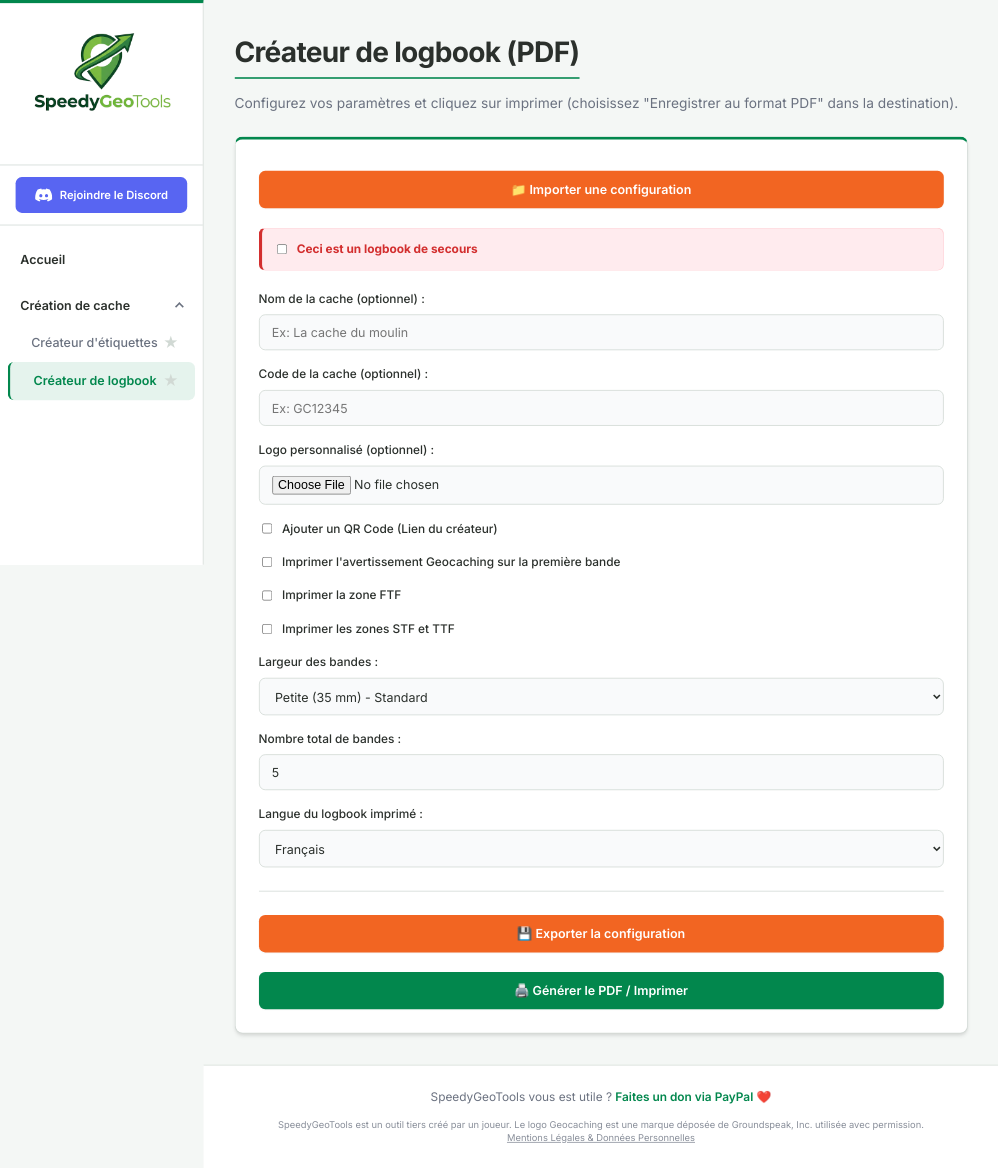
Repository: rodafux/SpeedyGeoTools
Page: logbook.html
These files come from the project's save history. The page is drawn as it stood at one moment and after the next save; the edit follows.
The browser window is 1280 px wide. The pictures show the whole page, at 78% of full size.

Above is the page before, as saved 2026-04-11 00:04:00.

### logbook.html
<!DOCTYPE html>
<html lang="fr">
<head>
    <meta charset="UTF-8">
    <meta name="viewport" content="width=device-width, initial-scale=1.0">
    <title>SpeedyGeoTools - Créateur de logbook</title>
    <link rel="preconnect" href="https://fonts.googleapis.com">
    <link rel="preconnect" href="https://fonts.gstatic.com" crossorigin>
    <link href="https://fonts.googleapis.com/css2?family=Inter:wght@400;500;600;700&display=swap" rel="stylesheet">
    <link rel="stylesheet" href="css/style.css">
    <link rel="stylesheet" href="css/print.css">
    <script src="https://cdnjs.cloudflare.com/ajax/libs/qrious/4.0.2/qrious.min.js"></script>
</head>
<body>
    <div class="app-sidebar no-print">
        <a href="index.html" class="sidebar-brand">
            <img src="logo.png" alt="SpeedyGeoTools" class="brand-logo">
        </a>
        <div id="google_translate_element" class="translation-widget"></div>
        <div class="sidebar-discord">
            <a href="https://discord.gg/7D9yHJCKaA" target="_blank">
                <svg viewBox="0 0 127.14 96.36" width="22" height="22" fill="currentColor">
                    <path d="M107.7,8.07A105.15,105.15,0,0,0,81.47,0a72.06,72.06,0,0,0-3.36,6.83A97.68,97.68,0,0,0,49,6.83,72.37,72.37,0,0,0,45.64,0,105.89,105.89,0,0,0,19.39,8.09C2.79,32.65-1.71,56.6.54,80.21h0A105.73,105.73,0,0,0,32.71,96.36,77.7,77.7,0,0,0,39.6,85.25a68.42,68.42,0,0,1-10.85-5.18c.91-.66,1.8-1.34,2.66-2a75.57,75.57,0,0,0,64.32,0c.87.71,1.76,1.39,2.66,2a68.68,68.68,0,0,1-10.87,5.19,77,77,0,0,0,6.89,11.1A105.25,105.25,0,0,0,126.6,80.22h0C129.24,52.84,122.09,29.11,107.7,8.07ZM42.45,65.69C36.18,65.69,31,60,31,53s5-12.74,11.43-12.74S54,46,53.89,53,48.84,65.69,42.45,65.69Zm42.24,0C78.41,65.69,73.31,60,73.31,53s5-12.74,11.43-12.74S96.33,46,96.22,53,91.08,65.69,84.69,65.69Z"/>
                </svg>
                <span>Rejoindre le Discord</span>
            </a>
        </div>
        <div class="sidebar-nav">
            <a href="index.html">Accueil</a>
            <details open>
                <summary>Création de cache</summary>
                <a href="etiquettes.html">Créateur d'étiquettes</a>
                <a href="logbook.html" class="active">Créateur de logbook</a>
            </details>
        </div>
    </div>
    <div class="app-content">
        <div class="container no-print">
            <h1>Créateur de logbook (PDF)</h1>
            <p class="subtitle">Configurez vos paramètres et cliquez sur imprimer (choisissez "Enregistrer au format PDF" dans la destination).</p>
            <div class="main-layout" style="display:block;">
                <div class="controls-panel">
                    <div style="margin-bottom: 25px;">
                        <input type="file" id="importLogbook" accept=".json" onchange="importLogbookConfig(event)" style="display: none;">
                        <button onclick="document.getElementById('importLogbook').click()" class="btn-secondary">📁 Importer une configuration</button>
                    </div>
                    <div class="form-group checkbox-group emergency-toggle">
                        <input type="checkbox" id="isEmergency">
                        <label for="isEmergency" style="color: #d32f2f; font-weight: bold;">Ceci est un logbook de secours</label>
                    </div>
                    <div class="form-group" id="emergencyPseudoGroup" style="display: none;">
                        <label for="emergencyPseudo">Votre pseudo (Déposé par) :</label>
                        <input type="text" id="emergencyPseudo" placeholder="Ex: GeoTrouveTout">
                    </div>
                    <div id="standardOptions">
                        <div class="form-group">
                            <label for="cacheName">Nom de la cache (optionnel) :</label>
                            <input type="text" id="cacheName" placeholder="Ex: La cache du moulin">
                        </div>
                        <div class="form-group">
                            <label for="cacheCode">Code de la cache (optionnel) :</label>
                            <input type="text" id="cacheCode" placeholder="Ex: GC12345">
                        </div>
                        <div class="form-group">
                            <label for="logoInput">Logo personnalisé (optionnel) :</label>
                            <input type="file" id="logoInput" accept="image/png, image/jpeg">
                        </div>
                        <div class="form-group checkbox-group">
                            <input type="checkbox" id="hasQrCode">
                            <label for="hasQrCode">Ajouter un QR Code (Lien du créateur)</label>
                        </div>
                        <div class="form-group" id="qrUrlGroup" style="display: none;">
                            <label for="qrUrl">Lien du QR Code :</label>
                            <input type="text" id="qrUrl" placeholder="https://...">
                        </div>
                    </div>
                    <div class="form-group checkbox-group">
                        <input type="checkbox" id="hasWarning">
                        <label for="hasWarning">Imprimer l'avertissement Geocaching sur la première bande</label>
                    </div>
                    <div id="podiumOptions">
                        <div class="form-group checkbox-group">
                            <input type="checkbox" id="hasFtf">
                            <label for="hasFtf">Imprimer la zone FTF</label>
                        </div>
                        <div class="form-group checkbox-group sub-checkbox" id="ftfTamponGroup" style="display: none;">
                            <input type="checkbox" id="hasFtfTampon" checked>
                            <label for="hasFtfTampon">Agrandir la zone FTF (Espace Tampon)</label>
                        </div>
                        <div class="form-group checkbox-group">
                            <input type="checkbox" id="hasStfTtf">
                            <label for="hasStfTtf">Imprimer les zones STF et TTF</label>
                        </div>
                        <div class="form-group checkbox-group sub-checkbox" id="stfTtfTamponGroup" style="display: none;">
                            <input type="checkbox" id="hasStfTtfTampon" checked>
                            <label for="hasStfTtfTampon">Agrandir les zones STF/TTF (Espace Tampon)</label>
                        </div>
                    </div>
                    <div class="form-group">
                        <label for="stripWidth">Largeur des bandes :</label>
                        <select id="stripWidth">
                            <option value="25">Micro (25 mm) - Sans tampons ni textes</option>
                            <option value="35" selected>Petite (35 mm) - Standard</option>
                            <option value="45">Normale (45 mm) - Large</option>
                        </select>
                    </div>
                    <div class="form-group">
                        <label for="stripCount">Nombre total de bandes :</label>
                        <input type="number" id="stripCount" value="5" min="1" max="100">
                    </div>
                    <div class="form-group">
                        <label for="pdfLanguage">Langue du logbook imprimé :</label>
                        <select id="pdfLanguage">
                            <option value="fr" selected>Français</option>
                            <option value="en">English (Anglais)</option>
                            <option value="de">Deutsch (Allemand)</option>
                            <option value="es">Español (Espagnol)</option>
                            <option value="it">Italiano (Italien)</option>
                            <option value="pt">Português (Portugais)</option>
                            <option value="nl">Nederlands (Néerlandais)</option>
                            <option value="cs">Čeština (Tchèque)</option>
                        </select>
                    </div>
                    <div style="margin-top: 30px; border-top: 1px solid var(--border-color); padding-top: 20px;">
                        <button onclick="exportLogbookConfig()" class="btn-secondary" style="margin-bottom: 15px;">💾 Exporter la configuration</button>
                        <button onclick="generateAndPrint()">🖨️ Générer le PDF / Imprimer</button>
                    </div>
                </div>
            </div>
        </div>
        <footer class="site-footer no-print">
            <p>SpeedyGeoTools vous est utile ? <a href="https://paypal.me/JulienPorcher" target="_blank" rel="noopener noreferrer">Faites un don via PayPal</a> ❤️</p>
            <p class="disclaimer">
                SpeedyGeoTools est un outil tiers créé par un joueur. Le logo Geocaching est une marque déposée de Groundspeak, Inc. utilisée avec permission.<br>
                <a href="mentions-legales.html">Mentions Légales & Données Personnelles</a>
            </p>
        </footer>
    </div>
    <div id="render-area"></div>
    <script type="text/javascript" src="//translate.google.com/translate_a/element.js?cb=googleTranslateElementInit"></script>
    <script src="js/i18n.js"></script>
    <script src="js/logbook.js"></script>
    <script src="js/main.js"></script>
</body>
</html>

### css/print.css
@media print {
    @page { size: A4 portrait; margin: 0; }
    body { background: white; padding: 0; margin: 0; color: black; font-family: sans-serif; display: block; }
    body > * { display: none !important; }
    body > #render-area { display: block !important; width: 100%; }
    .a4-page { width: 210mm; height: 297mm; padding: 10mm 15mm; box-sizing: border-box; display: flex; justify-content: center; break-after: page; }
    .a4-page:last-child { page-break-after: auto; break-after: auto; }
    .log-strip { height: 100%; border: 1px solid #000; border-left: none; box-sizing: border-box; display: flex; flex-direction: column; overflow: hidden; }
    .log-strip:first-child { border-left: 1px solid #000; }
    .staple-area { min-height: 10mm; border-bottom: 1px dashed #999; }
    .official-logo-box { text-align: center; padding: 5mm 0; border-bottom: 1px solid #000; }
    .official-logo-box img { width: 20mm; height: auto; }
    .official-logo-box div { font-size: 7px; font-weight: bold; margin-top: 2px; }
    .strip-logo { width: 100%; max-height: 25mm; object-fit: contain; margin: 4mm 0; padding: 0 2mm; box-sizing: border-box; display: block; }
    .logo-container { border-bottom: 1px solid #000; }
    .created-on { text-align: center; font-size: 9px; font-weight: bold; background-color: #000 !important; color: #FFF !important; padding: 4px 1mm; border-bottom: 1px solid #000; text-transform: uppercase; letter-spacing: 0.3px; -webkit-print-color-adjust: exact; print-color-adjust: exact; }
    .cache-info { text-align: center; padding: 4px 3mm 4px 5mm; border-bottom: 1px solid #000; font-size: 10px; }
    .cache-info strong { font-size: 11px; display: block; }
    .emergency-box { padding: 6px 3mm 6px 5mm; border-bottom: 1px solid #000; font-size: 8px; line-height: 1.6; }
    .emergency-box strong { display: block; text-align: center; font-size: 10px; margin-bottom: 4px; }
    .warning-text { font-size: 6.5px; padding: 4px 3mm 4px 5mm; text-align: justify; line-height: 1.2; border-bottom: 1px solid #000; }
    .warning-text strong { display: block; text-align: center; margin-bottom: 3px; font-size: 7.5px; }
    .warning-text ul { padding-left: 8px; margin: 3px 0; }
    .qr-box { padding: 4px 3mm 4px 5mm; text-align: center; border-bottom: 1px solid #000; }
    .qr-title { font-size: 7px; font-weight: bold; margin-bottom: 2px; }
    .qr-warn { font-size: 6px; margin-top: 2px; color: #333; }
    .podium-box { display: flex; flex-direction: column; border-bottom: 1px solid #000; }
    .podium-stamp { border-bottom: 1px dotted #888; display: flex; flex-direction: column; padding: 2px 2px 2px 5mm; box-sizing: border-box; }
    .podium-stamp.with-tampon { min-height: 35mm; }
    .podium-stamp:last-child { border-bottom: none; }
    .podium-header { display: flex; flex-wrap: wrap; align-items: center; gap: 3px; font-size: 7px; color: #333; margin-bottom: 2mm; }
    .podium-title { font-weight: bold; font-size: 10px; color: #000; margin-right: 2px; }
    .podium-input-date { font-style: italic; }
    .podium-input-pseudo { font-style: italic; flex-grow: 1; }
    .podium-tampon { flex-grow: 1; display: flex; align-items: center; justify-content: center; font-size: 10px; color: #aaa; text-transform: uppercase; letter-spacing: 1px; border: 1px dotted #ccc; }
    .logs-container { flex-grow: 1; display: flex; flex-direction: column; }
    .log-row { flex: 1; border-bottom: 1px solid #ccc; box-sizing: border-box; display: flex; }
    .log-row:last-child { border-bottom: none; }
    .staple-spacer { border-bottom: 1px solid #ccc; }
    .log-date { width: 10mm; border-right: 1px dotted #ccc; font-size: 7px; padding: 2px 2px 2px 3mm; color: #666; box-sizing: border-box; }
    .log-name { flex-grow: 1; font-size: 7px; padding: 2px 2px 2px 2mm; color: #666; box-sizing: border-box; }
}

Loaded but not shown: js/logbook.js (400 lines, source omitted); js/i18n.js (218 lines, source omitted); js/main.js (168 lines, source omitted); css/style.css (196 lines, source omitted)

After the next save:
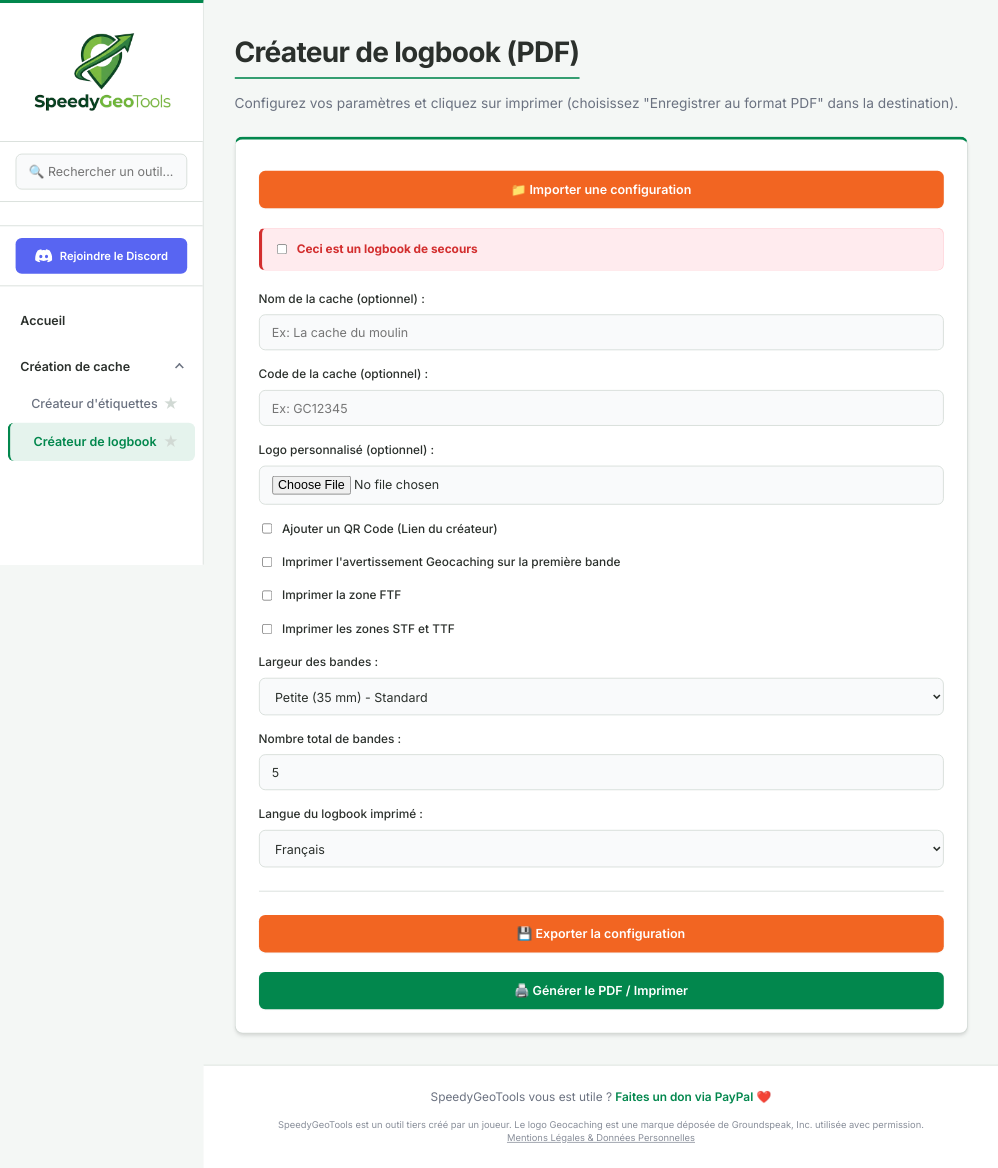
Saved 10 s later.
--- a/logbook.html
+++ b/logbook.html
@@ -13,25 +13,33 @@
 </head>
 <body>
     <div class="app-sidebar no-print">
-        <a href="index.html" class="sidebar-brand">
-            <img src="logo.png" alt="SpeedyGeoTools" class="brand-logo">
-        </a>
-        <div id="google_translate_element" class="translation-widget"></div>
-        <div class="sidebar-discord">
-            <a href="https://discord.gg/7D9yHJCKaA" target="_blank">
-                <svg viewBox="0 0 127.14 96.36" width="22" height="22" fill="currentColor">
-                    <path d="M107.7,8.07A105.15,105.15,0,0,0,81.47,0a72.06,72.06,0,0,0-3.36,6.83A97.68,97.68,0,0,0,49,6.83,72.37,72.37,0,0,0,45.64,0,105.89,105.89,0,0,0,19.39,8.09C2.79,32.65-1.71,56.6.54,80.21h0A105.73,105.73,0,0,0,32.71,96.36,77.7,77.7,0,0,0,39.6,85.25a68.42,68.42,0,0,1-10.85-5.18c.91-.66,1.8-1.34,2.66-2a75.57,75.57,0,0,0,64.32,0c.87.71,1.76,1.39,2.66,2a68.68,68.68,0,0,1-10.87,5.19,77,77,0,0,0,6.89,11.1A105.25,105.25,0,0,0,126.6,80.22h0C129.24,52.84,122.09,29.11,107.7,8.07ZM42.45,65.69C36.18,65.69,31,60,31,53s5-12.74,11.43-12.74S54,46,53.89,53,48.84,65.69,42.45,65.69Zm42.24,0C78.41,65.69,73.31,60,73.31,53s5-12.74,11.43-12.74S96.33,46,96.22,53,91.08,65.69,84.69,65.69Z"/>
-                </svg>
-                <span>Rejoindre le Discord</span>
+        <div class="sidebar-header">
+            <a href="index.html" class="sidebar-brand">
+                <img src="logo.png" alt="SpeedyGeoTools" class="brand-logo">
             </a>
+            <button class="mobile-menu-toggle" onclick="toggleMobileMenu()">☰</button>
         </div>
-        <div class="sidebar-nav">
-            <a href="index.html">Accueil</a>
-            <details open>
-                <summary>Création de cache</summary>
-                <a href="etiquettes.html">Créateur d'étiquettes</a>
-                <a href="logbook.html" class="active">Créateur de logbook</a>
-            </details>
+        <div class="sidebar-content" id="sidebarContent">
+            <div class="search-container">
+                <input type="text" id="toolSearch" placeholder="🔍 Rechercher un outil..." onkeyup="filterTools()">
+            </div>
+            <div id="google_translate_element" class="translation-widget"></div>
+            <div class="sidebar-discord">
+                <a href="https://discord.gg/7D9yHJCKaA" target="_blank">
+                    <svg viewBox="0 0 127.14 96.36" width="22" height="22" fill="currentColor">
+                        <path d="M107.7,8.07A105.15,105.15,0,0,0,81.47,0a72.06,72.06,0,0,0-3.36,6.83A97.68,97.68,0,0,0,49,6.83,72.37,72.37,0,0,0,45.64,0,105.89,105.89,0,0,0,19.39,8.09C2.79,32.65-1.71,56.6.54,80.21h0A105.73,105.73,0,0,0,32.71,96.36,77.7,77.7,0,0,0,39.6,85.25a68.42,68.42,0,0,1-10.85-5.18c.91-.66,1.8-1.34,2.66-2a75.57,75.57,0,0,0,64.32,0c.87.71,1.76,1.39,2.66,2a68.68,68.68,0,0,1-10.87,5.19,77,77,0,0,0,6.89,11.1A105.25,105.25,0,0,0,126.6,80.22h0C129.24,52.84,122.09,29.11,107.7,8.07ZM42.45,65.69C36.18,65.69,31,60,31,53s5-12.74,11.43-12.74S54,46,53.89,53,48.84,65.69,42.45,65.69Zm42.24,0C78.41,65.69,73.31,60,73.31,53s5-12.74,11.43-12.74S96.33,46,96.22,53,91.08,65.69,84.69,65.69Z"/>
+                    </svg>
+                    <span>Rejoindre le Discord</span>
+                </a>
+            </div>
+            <div class="sidebar-nav">
+                <a href="index.html">Accueil</a>
+                <details open>
+                    <summary>Création de cache</summary>
+                    <a href="etiquettes.html">Créateur d'étiquettes</a>
+                    <a href="logbook.html" class="active">Créateur de logbook</a>
+                </details>
+            </div>
         </div>
     </div>
     <div class="app-content">
